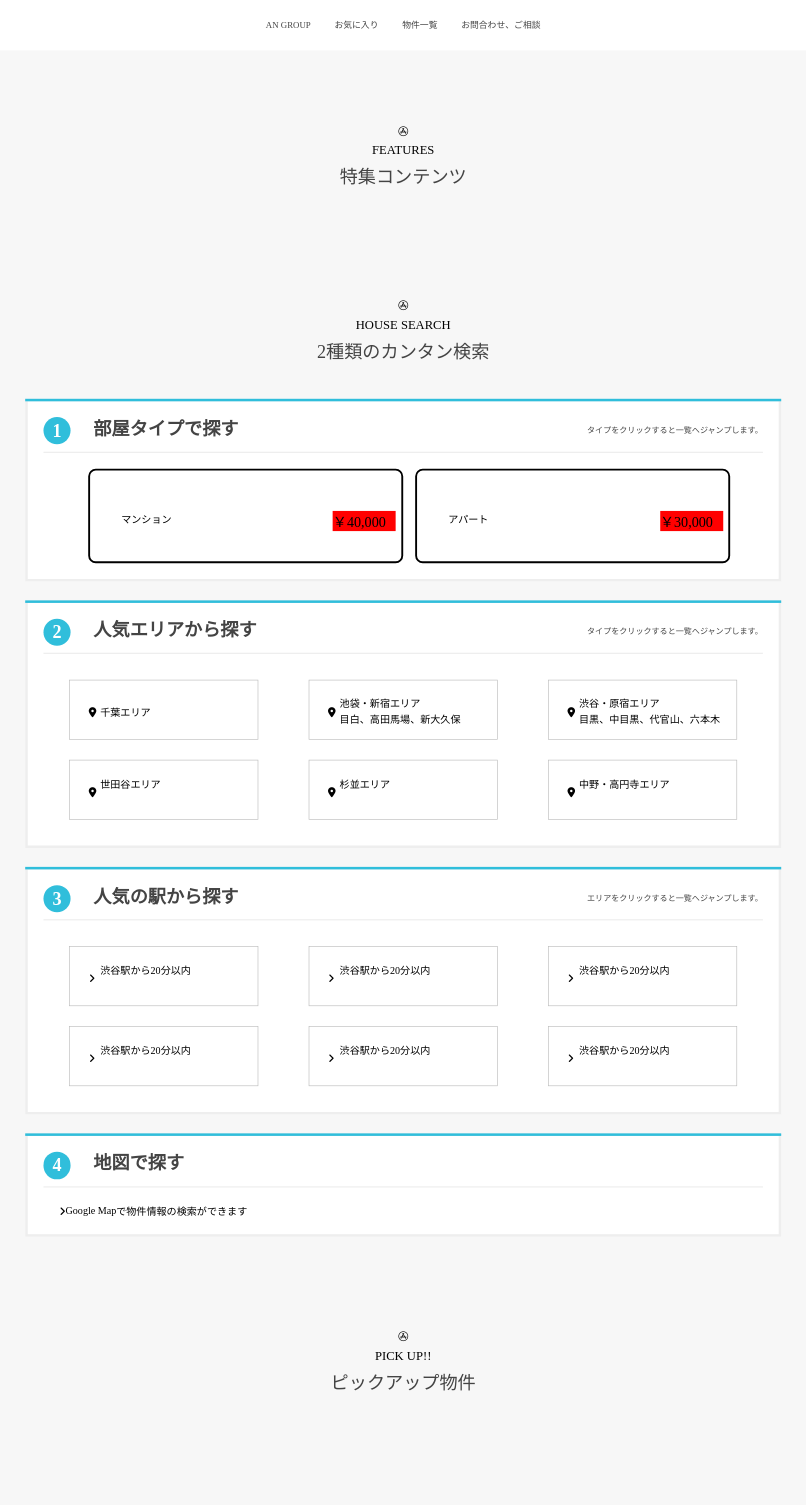
Repository: ninhdavid/real-estate
Page: index.html
An editor plug-in stored every save of this project. The page is shown before and after the next save, followed by the edit.
The browser window is 1280 px wide. The pictures show the whole page, at 63% of full size.
Some web libraries are served in a nearby version. The style sheet was rebuilt from its Sass, Less or Tailwind sources for each picture, by a compiler version that may differ from the author's.

Above is the page before, as saved 2022-05-27 19:49:01.

### index.html
<!DOCTYPE html>
<html lang="en">

<head>
    <meta charset="UTF-8">
    <meta http-equiv="X-UA-Compatible" content="IE=edge">
    <meta name="viewport" content="width=device-width, initial-scale=1.0">
    <link rel="stylesheet" href="css/main.css">
    <script src="https://kit.fontawesome.com/691ec27588.js" crossorigin="anonymous"></script>
    <title>Document</title>
</head>

<body>
    <div class="main-container">
        <div class="header">
            <div class="img-header"></div>
        </div>
        <div class="main-nav">
            <ul id="nav">
                <li><a class="nav-img" href="#">
                        <!-- <img src="./asset/img/logo/logo-edited.png" alt=""> -->
                        AN GROUP
                    </a></li>
                <li><a href="#">お気に入り</a></li>
                <li><a href="#">物件一覧</a></li>
                <li><a href="#">お問合わせ、ご相談</a></li>
            </ul>
        </div>
        <div class="content">
            <div class="content-section">
                <div class="title-section">
                    <i class="fa-brands fa-app-store"></i>
                    <p>FEATURES</p>
                    <p>特集コンテンツ</p>
                </div>
                <div id="slider"> </div>
            </div>
            <div class="content-section search-section">
                <div class="title-section">
                    <i class="fa-brands fa-app-store"></i>
                    <p>HOUSE SEARCH</p>
                    <p>2種類のカンタン検索</p>
                </div>
                <div class="content-area">
                    <div class="content-box">
                        <div class="title-area">
                            <h3>
                                <span>1</span>
                                部屋タイプで探す
                            </h3>
                            <p>タイプをクリックすると一覧へジャンプします。</p>
                        </div>
                        <div class="type-list">
                            <div class="type-list-des house-type">
                                <div class="list-bg"></div>
                                <p class="list-title">マンション</p>
                                <p class="list-price">￥40,000</p>
                            </div>
                            <div class="type-list-des house-type">
                                <div class="list-bg"></div>
                                <p class="list-title">アパート</p>
                                <p class="list-price">￥30,000</p>
                            </div>
                        </div>
                    </div>
                    <div class="content-box">
                        <div class="title-area">
                            <h3>
                                <span>2</span>
                                人気エリアから探す
                            </h3>
                            <p>タイプをクリックすると一覧へジャンプします。</p>
                        </div>
                        <div class="type-list location-list">
                            <div class="type-list-des location-des location-des-center">
                                <i class="fa-solid fa-location-dot"></i>
                                <p>千葉エリア</p>
                            </div>
                            <div class="type-list-des location-des">
                                <i class="fa-solid fa-location-dot"></i>
                                <p>池袋・新宿エリア</p>
                                <p>目白、高田馬場、新大久保</p>
                            </div>
                            <div class="type-list-des location-des">
                                <i class="fa-solid fa-location-dot"></i>
                                <p>渋谷・原宿エリア</p>
                                <p>目黒、中目黒、代官山、六本木</p>
                            </div>
                            <div class="type-list-des location-des">
                                <i class="fa-solid fa-location-dot"></i>
                                <p>世田谷エリア</p>
                                <p></p>
                            </div>
                            <div class="type-list-des location-des">
                                <i class="fa-solid fa-location-dot"></i>
                                <p>杉並エリア</p>
                                <p></p>
                            </div>
                            <div class="type-list-des location-des">
                                <i class="fa-solid fa-location-dot"></i>
                                <p>中野・高円寺エリア</p>
                            </div>
                        </div>
                    </div>
                    <div class="content-box">
                        <div class="title-area">
                            <h3>
                                <span>3</span>
                                人気の駅から探す
                            </h3>
                            <p>エリアをクリックすると一覧へジャンプします。</p>
                        </div>
                        <div class="type-list station-list">
                            <div class="type-list-des station-des">
                                <i class="fa-solid fa-angle-right"></i>
                                <p>渋谷駅から</p>
                                <p>20分以内</p>
                            </div>
                            <div class="type-list-des station-des">
                                <i class="fa-solid fa-angle-right"></i>
                                <p>渋谷駅から</p>
                                <p>20分以内</p>
                            </div>
                            <div class="type-list-des station-des">
                                <i class="fa-solid fa-angle-right"></i>
                                <p>渋谷駅から</p>
                                <p>20分以内</p>
                            </div>
                            <div class="type-list-des station-des">
                                <i class="fa-solid fa-angle-right"></i>
                                <p>渋谷駅から</p>
                                <p>20分以内</p>
                            </div>
                            <div class="type-list-des station-des">
                                <i class="fa-solid fa-angle-right"></i>
                                <p>渋谷駅から</p>
                                <p>20分以内</p>
                            </div>
                            <div class="type-list-des station-des">
                                <i class="fa-solid fa-angle-right"></i>
                                <p>渋谷駅から</p>
                                <p>20分以内</p>
                            </div>
                        </div>
                    </div>
                    <div class="content-box">
                        <div class="title-area">
                            <h3>
                                <span>4</span>
                                地図で探す
                            </h3>
                        </div>
                        <div class="type-list map-list">
                            <i class="fa-solid fa-angle-right"></i>
                            <p>Google Map</p>
                            <p>で物件情報の検索ができます</p>
                        </div>
                    </div>
                </div>
            </div>
            <div class="content-section">
                <div class="title-section">
                    <i class="fa-brands fa-app-store"></i>
                    <p>PICK UP!!</p>
                    <p>ピックアップ物件</p>
                </div>
                <div></div>
            </div>
        </div>

    </div>



</body>
<script src="asset/java-script/chat-online.js"></script>

</html>

### css/main.scss


*{
    padding: 0;
    margin: 0;
    box-sizing: border-box;
}

.main-nav{
    // height: 85px;
    background-color: #fff;
    width: 100%;
    z-index:10;
    height: 5em;
    text-align: center;
}
#nav{
    display:inline-block;
}
#nav,
.subnav {
    list-style-type: none;
}
#nav > li{
    display:inline-block;
}
#nav  li{
    position: relative;
    top:11px;
}
#nav li a{
    display: block;
    text-decoration: none;
    line-height: 24px;
    font-size: 14px;
    padding: 1.2em;
}
#nav>li>a{
    color: rgb(68,68,68);
    text-transform: uppercase;
}
// .nav-img{
//     background-image: url("/asset/img/logo/logo-edited.png");
//     height:80px;
//     width: 100px;
//     padding: 5px 0;
//     background-position: center; /* Center the image */
//     background-repeat: no-repeat; /* Do not repeat the image */
//     background-size: cover;
// }
.content{
    background-color: #f7f7f7;
    padding: 60px 5px;
}
.content-section{
    display: block;
    text-align: center;
    padding:60px 0;
}
.title-section{

}
.search-section{

}
.title-section i {

}
.tittle-section p{
    font-weight: bold;
}
.title-section>p:nth-of-type(1){
    font-size: 1.25em;
    line-height: 1;
    padding: 10px 0;
}
.title-section p:nth-of-type(2){
    font-size: 1.8em;
    // font-size: 32px;
    color: #444444;
    padding-bottom: 2em;
}
.content-area{
    width: 1200px;
    margin: 0 auto;
}

.content-box{
    // display:relative;
    width: 100%;
    padding: 25px;
    border: 4px solid #eeeeee;
    position: relative;
    margin-bottom:30px;
    background-color: #fff;
}
.content-box:before{
    content: "";
    display: block;
    position: absolute;
    left: -4px;
    top: -4px;
    width: calc(100% + 8px);
    height: 4px;
    background-color: #30bedb;
}
.content-box p {
    display: inline-block;
}
.title-area{
    display:flex;
    justify-content:space-between;
    // font-size: 1.8em;
    line-height: 1.2;
    text-align: center;
    align-items:center;
    padding-bottom: 0.7em;
    border-bottom: 2px solid #eeeeee;
}
.title-area h3{
    font-size: 1.8em;
    color: #444444;
}
.title-area>h3>span{
    width: 1.5em;
    line-height: 1.5em;
    background-color: #30bedb;
    color: #fff;
    display:inline-block;
    vertical-align: middle;
    margin-right: 1em;
    // font-size: 1.6428571429em;
    // font-size: 1.17em;
    font-weight: bold;
    text-align: center;
    border-radius: 50% 50% 50% 50%;
}
.title-area>p{
    font-size: 0.8em;
    color: #444444;
}
.type-list{
    padding: 25px 25px 0px 25px;
    display: flex;
    flex-wrap: wrap;
    flex-direction:row;
    justify-content: center;
}
.type-list-des{
    width: 500px;
    height:150px;
    position: relative;
}
.house-type{
    margin-left: 1.2em;
    border: 3px solid;
    border-radius: 12px;
}
.type-list-des > i{
    position: absolute;
    left: 10%;
    top: 45%;
}



.list-bg{
    position: absolute;
    background: no-repeat center center / cover;
    transition: all 0.3s ease;
    background-color: red;
}
.list-title{
    position:absolute;
    left: 10%;
    top: 45%;
}
.list-price{
    position:absolute;
    right: 5%;
    top: 45%;
    z-index: 1;
    font-size:1.4em
}
.list-price::before{
    content:"";
    display: block;
    position: absolute;
    background-color: red;
    width:100px;
    height: 32px;
    z-index: -1;
}
.location-des-center>p{
    transform:translateY(55%)
}
.station-list,
.location-list{
    display: flex;
    justify-content:space-between;
}
.station-des
,.location-des{
    border:1px solid #bbbbbb;
    height:95px;
    width:300px;
    margin: 1em;
}
// .station-des i{
//     display:block;
//     float:left;
//     margin-top:15px;
// }
.station-des>p,
.location-des>p{
    float:left;
    position: relative;
    left: 3em;
    top: 1.5em;
}
// .station-list{
//     display: flex;
//     justify-content:space-between;
// }
// .station-des{
//     border:1px solid #bbbbbb;
//     height:95px;
//     width:300px;
//     margin: 1em;
// }

.map-list{
    display: flex;
    justify-content:flex-start;
    align-items:center;
}

Loaded but not shown: asset/java-script/chat-online.js (no stored copy; drawn as an empty file)

After the next save:
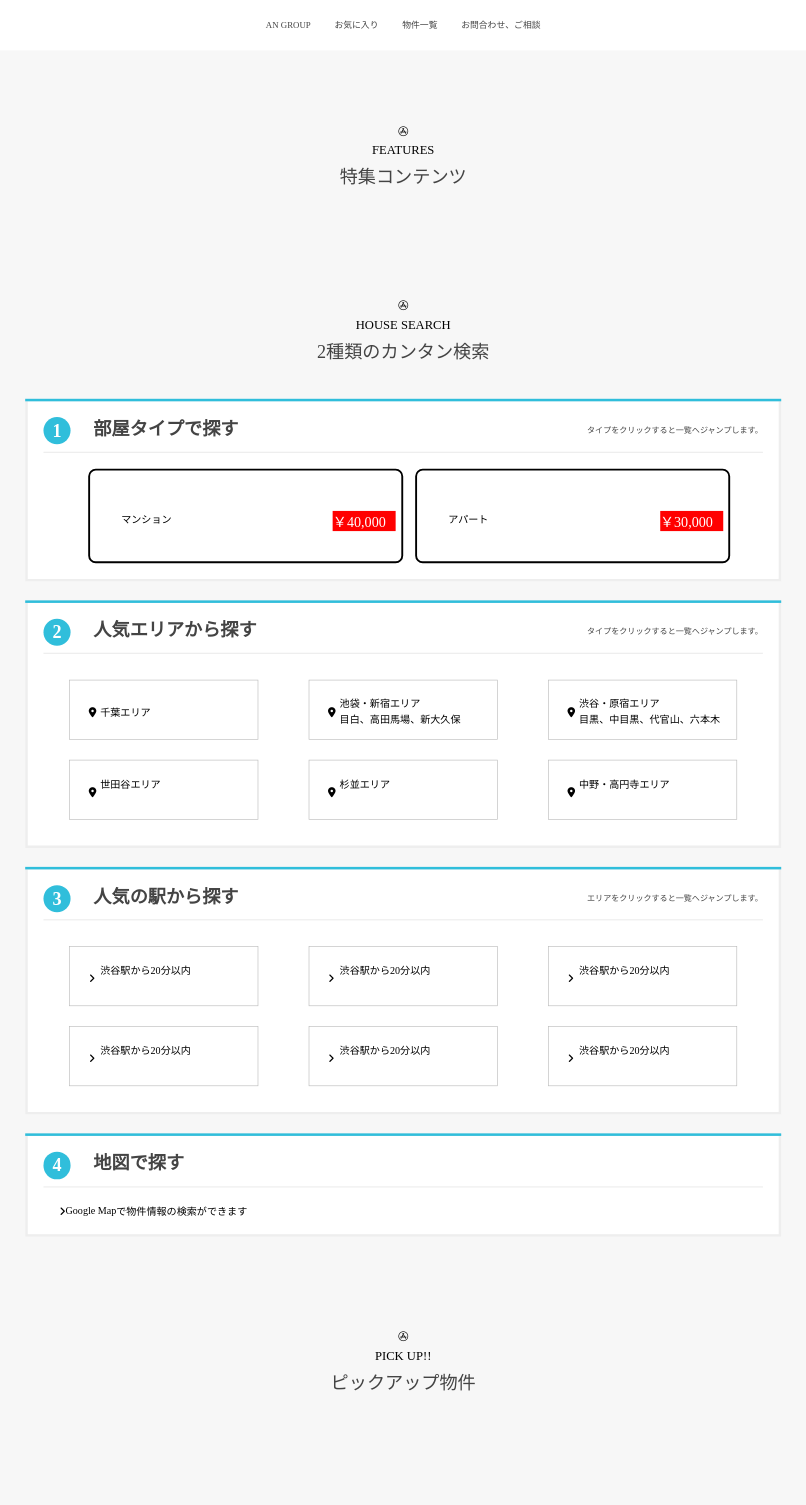
Saved 14 s later.
--- a/css/main.scss
+++ b/css/main.scss
@@ -180,7 +180,8 @@
     right: 5%;
     top: 45%;
     z-index: 1;
-    font-size:1.4em
+    font-size:1.4em;
+    color: white;
 }
 .list-price::before{
     content:"";
